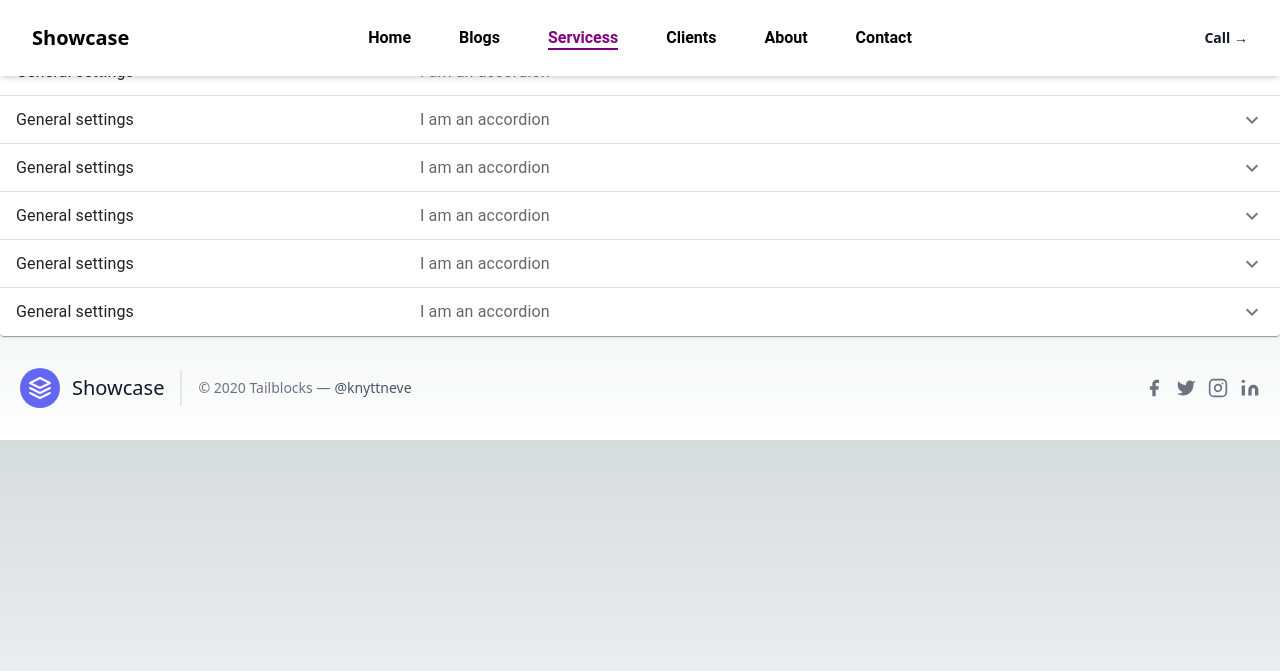
Repository: prashant523580/showcase
Page: /services
The author's editor kept a copy of each file at every save. The page is drawn from the files as they stood at one save, then again after the next save.
The browser window is 1280 px wide. The pictures show the whole page.
The project was rebuilt for these pictures with package versions that can differ from the ones it lists, and the page was loaded fresh each time. The framework's server and built-in components were replaced by stand-ins that run in the browser. Also part of the build but not shown: next.config.js.

Above is the page before, as saved 2023-03-25 17:52:24.

After the next save:
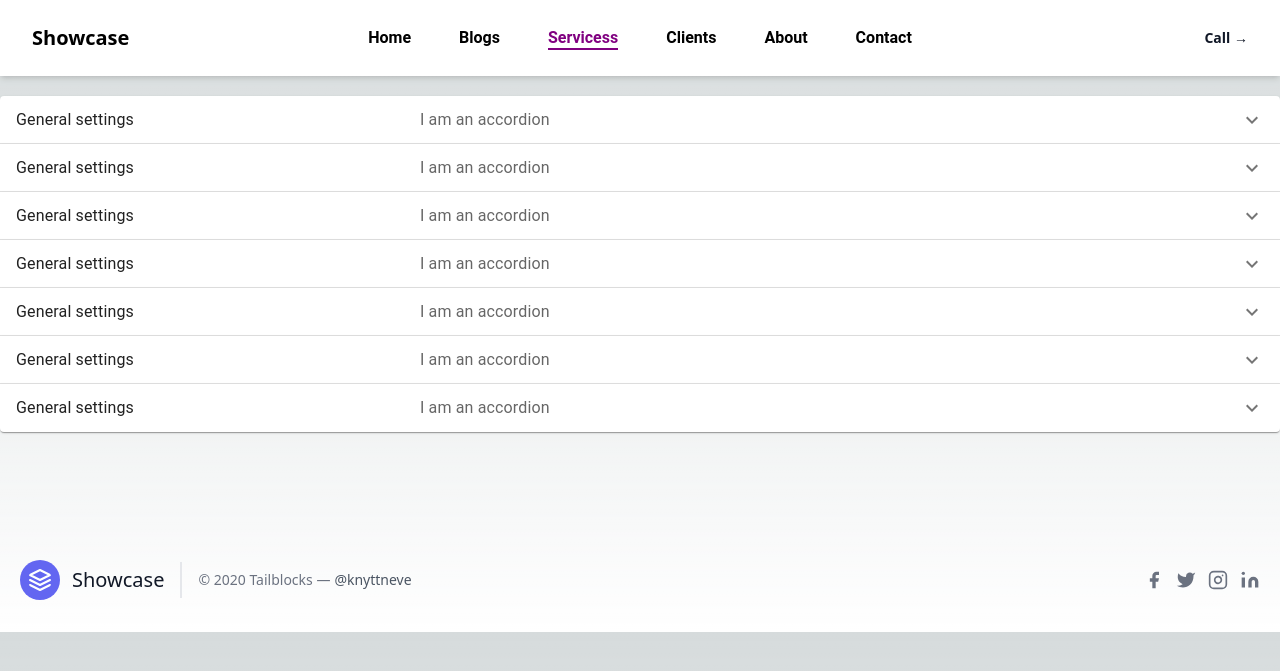
Saved 12 s later.
--- a/src/pages/services.tsx
+++ b/src/pages/services.tsx
@@ -57,7 +57,7 @@ export default function Sercices() {
     };
 
   return (
-    <div>
+    <div className='py-24'>
         {
             services.map((service,ind) => {
                 return(
